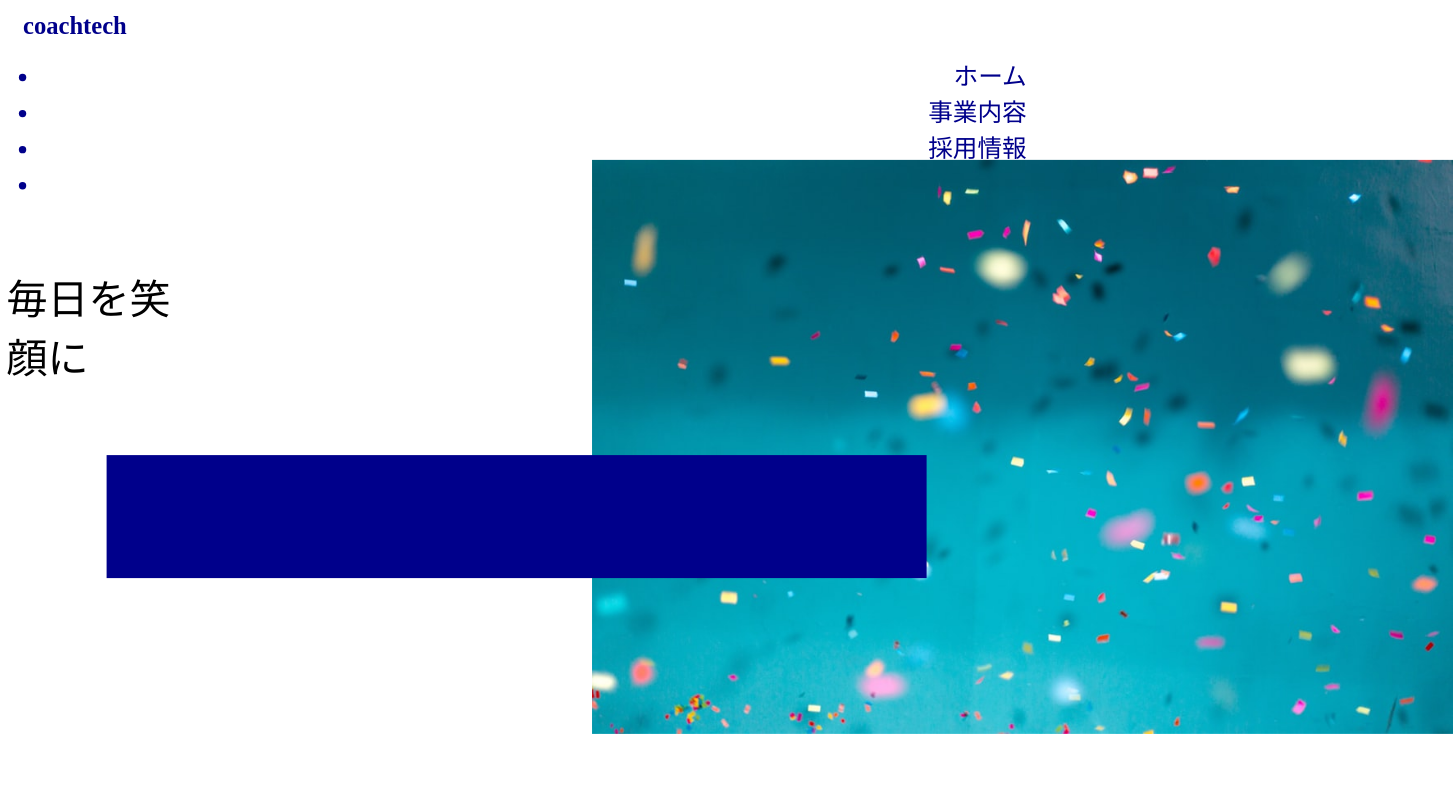
Repository: moro-ayu3/20230213_morohoshi
Page: index.html
The author's editor kept a copy of each file at every save. The page is drawn from the files as they stood at one save, then again after the next save.
The browser window is 1280 px wide. The page is 1772 px wide, so the pictures cover 1772 px, including what lies to the right of the window. The pictures show the whole page, at 82% of full size.

Above is the page before, as saved 2023-02-13 15:47:09.

### index.html
<!DOCTYPE html>
<html lang="ja">

  <head>
    <meta charset="UTF-8" />
    <meta name="viewport" content="width=device-width, initial-scale=1.0" />
    <title>css演習問題</title>
    <link rel="stylesheet" href="./style.css">
  </head>

  <body>
   <header>
    <h1>coachtech</h1>
    <ul><li>ホーム</li><li>事業内容</li><li>採用情報</li><li>お問い合わせ</li>
   </ul>
   </header>
   <main>
    <div class="flex">
     <p>毎日を笑顔に</p>
     <div class="relative img">
      <img src="img/firstview.jpeg" alt="firstview">
     </div>
     <div class="absolute blue-box"></div>
    </div>
   </main>
  </body>

</html>

### style.css
h1 {
  color: #00008b;
  font-size: 30px;
  margin-top: 15px;
  margin-left: 20px;
}

ul {
  color: #00008b;
  font-size: 30px;
  position: relative;
  margin-top: 15px;
  margin-right: 20px;
  text-align: right;
}

.flex {
  display: flex;
  flex-direction: row;
}

p {
  color: black;
  font-size: 50px;
}

.relative {
  position: relative;
  bottom: 80px;
  left: 500px;
}

.img {
  width: 100%
  position: right;
}

.absolute {
  position: absolute;
  bottom: 15px;
  right: 150px;
}

.blue-box {
  width: 1000px;
  height: 150px;
  background-color: #00008b;
}

After the next save:
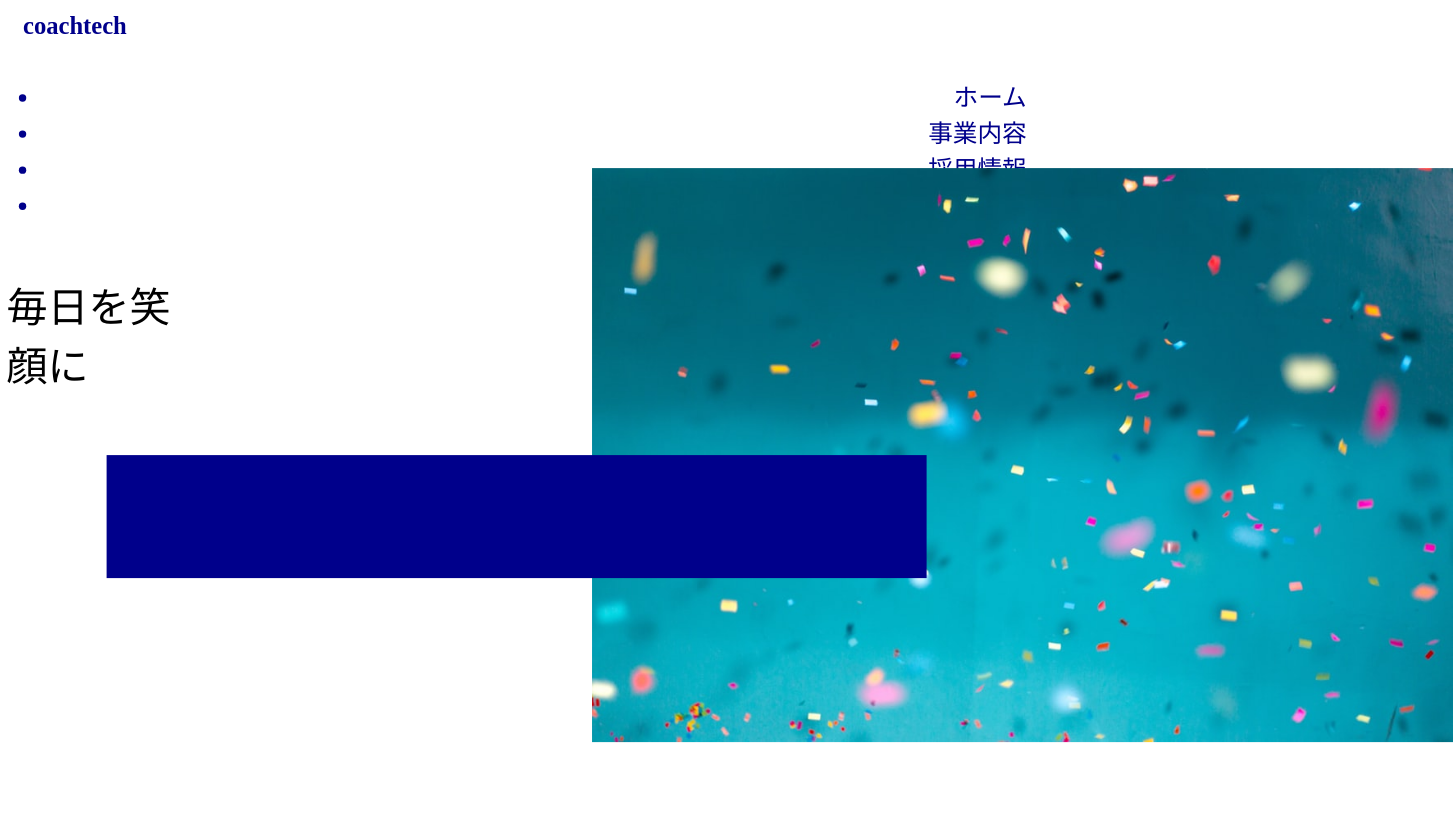
Saved 12 s later.
--- a/style.css
+++ b/style.css
@@ -9,7 +9,7 @@ ul {
   color: #00008b;
   font-size: 30px;
   position: relative;
-  margin-top: 15px;
+  top: 15px;
   margin-right: 20px;
   text-align: right;
 }
